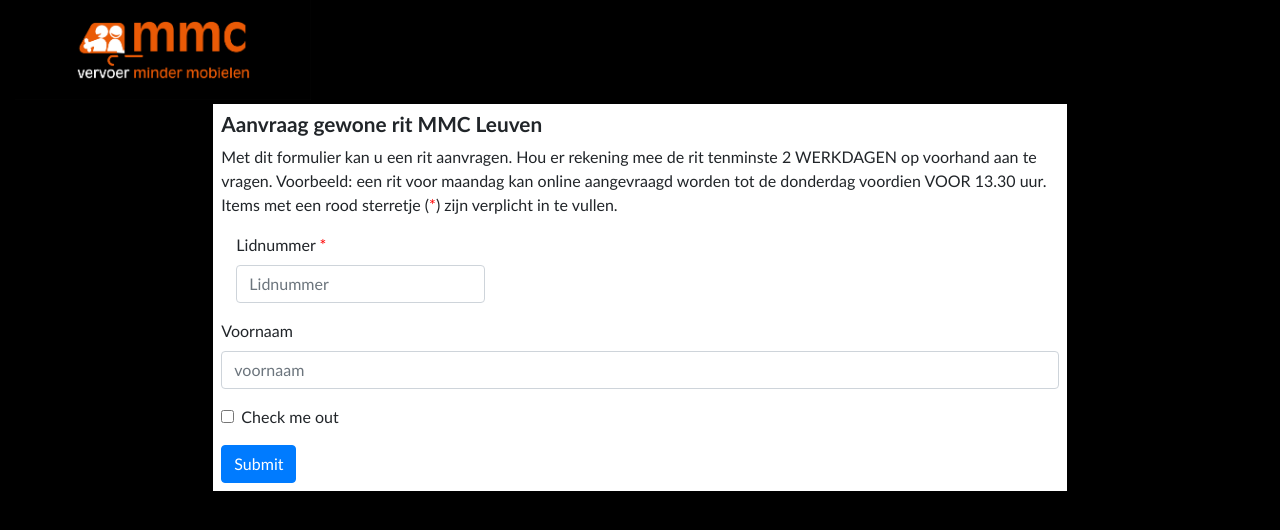
Repository: tclaes/vera
Page: index.html
An editor plug-in stored every save of this project. The page is shown before and after a run of saves, followed by the edit.
The browser window is 1280 px wide. The pictures show the whole page.

Above is the page before, as saved 2018-11-12 15:40:41.

### index.html
<!doctype html>
<html class="no-js" lang="">

<head>
  <meta charset="utf-8">
  <meta http-equiv="x-ua-compatible" content="ie=edge">
  <title></title>
  <meta name="description" content="">
  <meta name="viewport" content="width=device-width, initial-scale=1, shrink-to-fit=no">

  <link rel="manifest" href="site.webmanifest">
  <link rel="apple-touch-icon" href="icon.png">
  <!-- Place favicon.ico in the root directory -->

  <link rel="stylesheet" href="https://stackpath.bootstrapcdn.com/bootstrap/4.1.3/css/bootstrap.min.css" integrity="sha384-MCw98/SFnGE8fJT3GXwEOngsV7Zt27NXFoaoApmYm81iuXoPkFOJwJ8ERdknLPMO" crossorigin="anonymous">
  <link rel="stylesheet" href="css/main.css">
</head>

<body>
  <!--[if lte IE 9]>
    <p class="browserupgrade">You are using an <strong>outdated</strong> browser. Please <a href="https://browsehappy.com/">upgrade your browser</a> to improve your experience and security.</p>
  <![endif]-->

  <div class="container-fluid">
    <div class="row header">
      <div class="col-md-12">
        <img src="img/logo_MMC_neg_groot.28.jpg" alt="MMC Logo" height="100px">
      </div>
    </div>
    <div class="row d-flex justify-content-center">
      <div class="col-md-8 m-1 p-2 white">
        <h1>Aanvraag gewone rit MMC Leuven</h1>
        <p>Met dit formulier kan u een rit aanvragen. Hou er rekening mee de rit tenminste 2 WERKDAGEN op voorhand aan te vragen.
          Voorbeeld: een rit voor maandag kan online aangevraagd worden tot de donderdag voordien VOOR 13.30 uur.
          Items met een rood sterretje (<span class="red">*</span>) zijn verplicht in te vullen.</p>
        <form>
          <div class="form-group">
            <div class="col-md-3">
              <label for="lidNummer">Lidnummer <span class="red">*</span></label>
            </div>
            <div class="col-md-4">
              <input type="text" class="form-control" id="lidNummer" aria-describedby="lidNummer" placeholder="Lidnummer" required>
            </div>
          </div>
          <div class="form-group">
            <label for="voornaam">Voornaam</label>
            <input type="text" class="form-control" id="voornaam" placeholder="voornaam">
          </div>
        <div class="form-group form-check">
          <input type="checkbox" class="form-check-input" id="exampleCheck1">
          <label class="form-check-label" for="exampleCheck1">Check me out</label>
        </div>
        <button type="submit" class="btn btn-primary">Submit</button>
      </form>
    </div>
    </div>
    <div class="row footer"></div>
  </div>



  <script src="https://code.jquery.com/jquery-3.3.1.slim.min.js" integrity="sha384-q8i/X+965DzO0rT7abK41JStQIAqVgRVzpbzo5smXKp4YfRvH+8abtTE1Pi6jizo" crossorigin="anonymous"></script>
<script src="https://cdnjs.cloudflare.com/ajax/libs/popper.js/1.14.3/umd/popper.min.js" integrity="sha384-ZMP7rVo3mIykV+2+9J3UJ46jBk0WLaUAdn689aCwoqbBJiSnjAK/l8WvCWPIPm49" crossorigin="anonymous"></script>
<script src="https://stackpath.bootstrapcdn.com/bootstrap/4.1.3/js/bootstrap.min.js" integrity="sha384-ChfqqxuZUCnJSK3+MXmPNIyE6ZbWh2IMqE241rYiqJxyMiZ6OW/JmZQ5stwEULTy" crossorigin="anonymous"></script>
  <script src="js/vendor/modernizr-3.6.0.min.js"></script>
  <script>window.jQuery || document.write('<script src="js/vendor/jquery-3.3.1.min.js"><\/script>')</script>
  <script src="js/plugins.js"></script>
  <script src="js/main.js"></script>
</body>

</html>

### css/main.css
/*! HTML5 Boilerplate v6.1.0 | MIT License | https://html5boilerplate.com/ */

/*
 * What follows is the result of much research on cross-browser styling.
 * Credit left inline and big thanks to Nicolas Gallagher, Jonathan Neal,
 * Kroc Camen, and the H5BP dev community and team.
 */

/* ==========================================================================
   Base styles: opinionated defaults
   ========================================================================== */

html {
    color: #222;
    font-size: 1em;
    line-height: 1.4;
}

/*
 * Remove text-shadow in selection highlight:
 * https://twitter.com/miketaylr/status/12228805301
 *
 * Vendor-prefixed and regular ::selection selectors cannot be combined:
 * https://stackoverflow.com/a/16982510/7133471
 *
 * Customize the background color to match your design.
 */

::-moz-selection {
    background: #b3d4fc;
    text-shadow: none;
}

::selection {
    background: #b3d4fc;
    text-shadow: none;
}

/*
 * A better looking default horizontal rule
 */

hr {
    display: block;
    height: 1px;
    border: 0;
    border-top: 1px solid #ccc;
    margin: 1em 0;
    padding: 0;
}

/*
 * Remove the gap between audio, canvas, iframes,
 * images, videos and the bottom of their containers:
 * https://github.com/h5bp/html5-boilerplate/issues/440
 */

audio,
canvas,
iframe,
img,
svg,
video {
    vertical-align: middle;
}

/*
 * Remove default fieldset styles.
 */

fieldset {
    border: 0;
    margin: 0;
    padding: 0;
}

/*
 * Allow only vertical resizing of textareas.
 */

textarea {
    resize: vertical;
}

/* ==========================================================================
   Browser Upgrade Prompt
   ========================================================================== */

.browserupgrade {
    margin: 0.2em 0;
    background: #ccc;
    color: #000;
    padding: 0.2em 0;
}

/* ==========================================================================
   Author's custom styles
   ========================================================================== */

   body {
     background: black;
     font-family: 'Trebuchet MS', 'Lucida Sans Unicode', 'Lucida Grande', 'Lucida Sans', Arial, sans-serif;
   }

   h1 {
     font-size: 1.3rem;
     font-weight: 700;
   }

   .white {
     background-color: white;
   }

   .red {
     color: red;
   }


















/* ==========================================================================
   Helper classes
   ========================================================================== */

/*
 * Hide visually and from screen readers
 */

.hidden {
    display: none !important;
}

/*
 * Hide only visually, but have it available for screen readers:
 * https://snook.ca/archives/html_and_css/hiding-content-for-accessibility
 *
 * 1. For long content, line feeds are not interpreted as spaces and small width
 *    causes content to wrap 1 word per line:
 *    https://medium.com/@jessebeach/beware-smushed-off-screen-accessible-text-5952a4c2cbfe
 */

.visuallyhidden {
    border: 0;
    clip: rect(0 0 0 0);
    height: 1px;
    margin: -1px;
    overflow: hidden;
    padding: 0;
    position: absolute;
    width: 1px;
    white-space: nowrap; /* 1 */
}

/*
 * Extends the .visuallyhidden class to allow the element
 * to be focusable when navigated to via the keyboard:
 * https://www.drupal.org/node/897638
 */

.visuallyhidden.focusable:active,
.visuallyhidden.focusable:focus {
    clip: auto;
    height: auto;
    margin: 0;
    overflow: visible;
    position: static;
    width: auto;
    white-space: inherit;
}

/*
 * Hide visually and from screen readers, but maintain layout
 */

.invisible {
    visibility: hidden;
}

/*
 * Clearfix: contain floats
 *
 * For modern browsers
 * 1. The space content is one way to avoid an Opera bug when the
 *    `contenteditable` attribute is included anywhere else in the document.
 *    Otherwise it causes space to appear at the top and bottom of elements
 *    that receive the `clearfix` class.
 * 2. The use of `table` rather than `block` is only necessary if using
 *    `:before` to contain the top-margins of child elements.
 */

.clearfix:before,
.clearfix:after {
    content: " "; /* 1 */
    display: table; /* 2 */
}

.clearfix:after {
    clear: both;
}

/* ==========================================================================
   EXAMPLE Media Queries for Responsive Design.
   These examples override the primary ('mobile first') styles.
   Modify as content requires.
   ========================================================================== */

@media only screen and (min-width: 35em) {
    /* Style adjustments for viewports that meet the condition */
}

@media print,
       (-webkit-min-device-pixel-ratio: 1.25),
       (min-resolution: 1.25dppx),
       (min-resolution: 120dpi) {
    /* Style adjustments for high resolution devices */
}

/* ==========================================================================
   Print styles.
   Inlined to avoid the additional HTTP request:
   https://www.phpied.com/delay-loading-your-print-css/
   ========================================================================== */

@media print {
    *,
    *:before,
    *:after {
        background: transparent !important;
        color: #000 !important; /* Black prints faster */
        -webkit-box-shadow: none !important;
        box-shadow: none !important;
        text-shadow: none !important;
    }

    a,
    a:visited {
        text-decoration: underline;
    }

    a[href]:after {
        content: " (" attr(href) ")";
    }

    abbr[title]:after {
        content: " (" attr(title) ")";
    }

    /*
     * Don't show links that are fragment identifiers,
     * or use the `javascript:` pseudo protocol
     */

    a[href^="#"]:after,
    a[href^="javascript:"]:after {
        content: "";
    }

    pre {
        white-space: pre-wrap !important;
    }
    pre,
    blockquote {
        border: 1px solid #999;
        page-break-inside: avoid;
    }

    /*
     * Printing Tables:
     * http://css-discuss.incutio.com/wiki/Printing_Tables
     */

    thead {
        display: table-header-group;
    }

    tr,
    img {
        page-break-inside: avoid;
    }

    p,
    h2,
    h3 {
        orphans: 3;
        widows: 3;
    }

    h2,
    h3 {
        page-break-after: avoid;
    }
}

### js/plugins.js
// Avoid `console` errors in browsers that lack a console.
(function() {
  var method;
  var noop = function () {};
  var methods = [
    'assert', 'clear', 'count', 'debug', 'dir', 'dirxml', 'error',
    'exception', 'group', 'groupCollapsed', 'groupEnd', 'info', 'log',
    'markTimeline', 'profile', 'profileEnd', 'table', 'time', 'timeEnd',
    'timeline', 'timelineEnd', 'timeStamp', 'trace', 'warn'
  ];
  var length = methods.length;
  var console = (window.console = window.console || {});

  while (length--) {
    method = methods[length];

    // Only stub undefined methods.
    if (!console[method]) {
      console[method] = noop;
    }
  }
}());

// Place any jQuery/helper plugins in here.

Loaded but not shown: js/vendor/modernizr-3.6.0.min.js (library); js/main.js (no stored copy; drawn as an empty file)

After the next 3 saves:
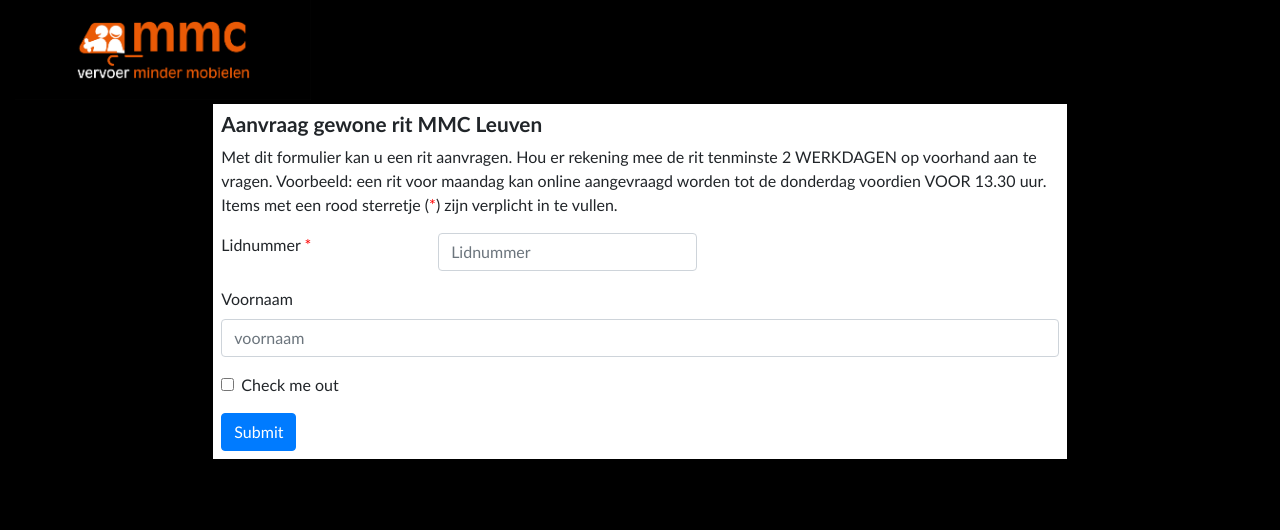
The 3 saves are shown as one change because they came seconds apart.
The last was saved 22 s later.
--- a/index.html
+++ b/index.html
@@ -35,11 +35,13 @@
           Items met een rood sterretje (<span class="red">*</span>) zijn verplicht in te vullen.</p>
         <form>
           <div class="form-group">
-            <div class="col-md-3">
-              <label for="lidNummer">Lidnummer <span class="red">*</span></label>
-            </div>
-            <div class="col-md-4">
-              <input type="text" class="form-control" id="lidNummer" aria-describedby="lidNummer" placeholder="Lidnummer" required>
+            <div class="row">
+              <div class="col-md-3">
+                <label for="lidNummer">Lidnummer <span class="red">*</span></label>
+              </div>
+              <div class="col-md-4">
+                <input type="text" class="form-control" id="lidNummer" aria-describedby="lidNummer" placeholder="Lidnummer" required>
+              </div>
             </div>
           </div>
           <div class="form-group">
